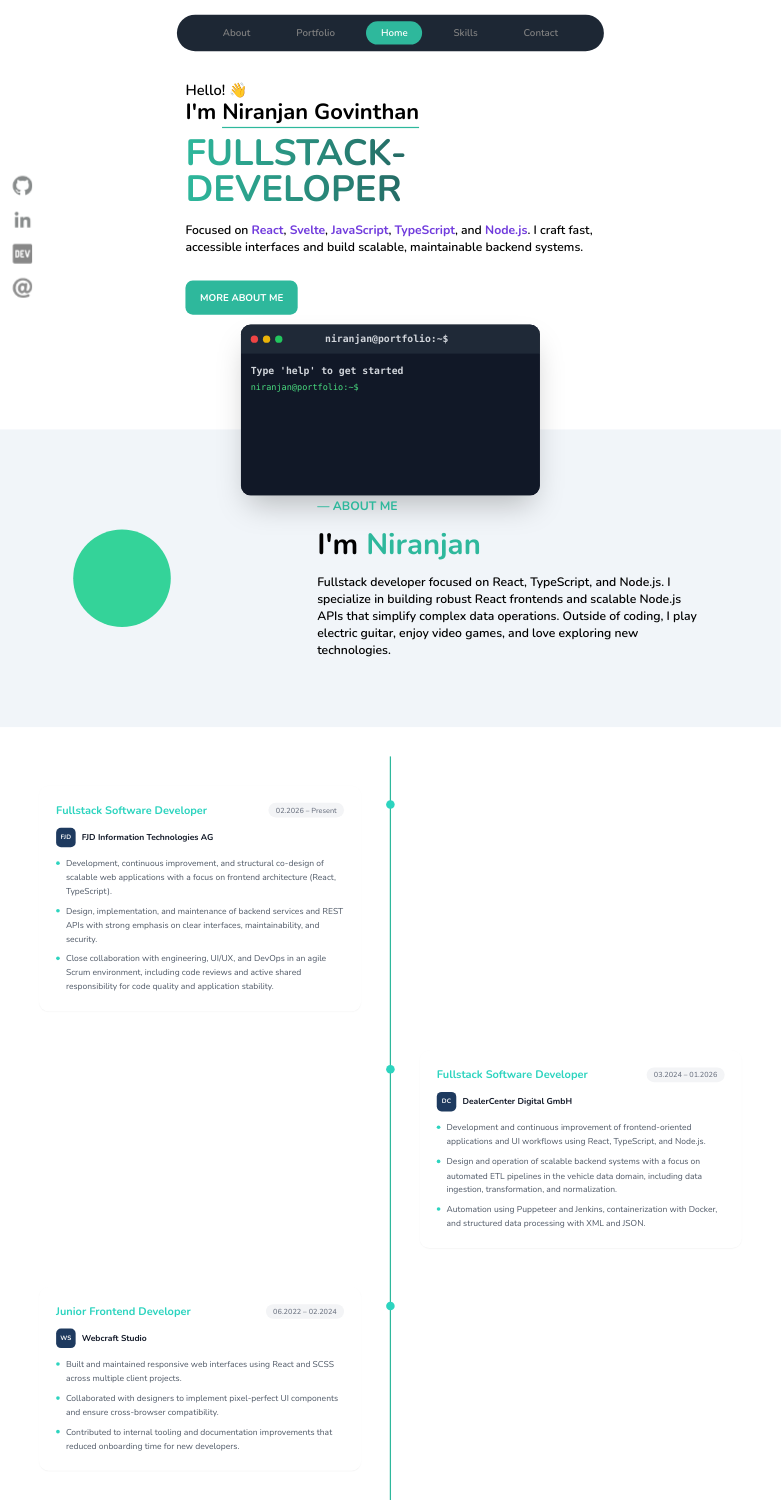
Repository: Niranjan-webdev/My-portfolio
Page: /
These files come from the project's save history. The page is drawn as it stood at one moment and after the next save; the edit follows.
The browser window is 1280 px wide. The pictures show the whole page, at 61% of full size.
The project was rebuilt for these pictures with package versions that can differ from the ones it lists, and the page was loaded fresh each time. Also part of the build but not shown: next.config.mjs.

Above is the page before, as saved 2026-03-21 12:02:30.

After the next save:
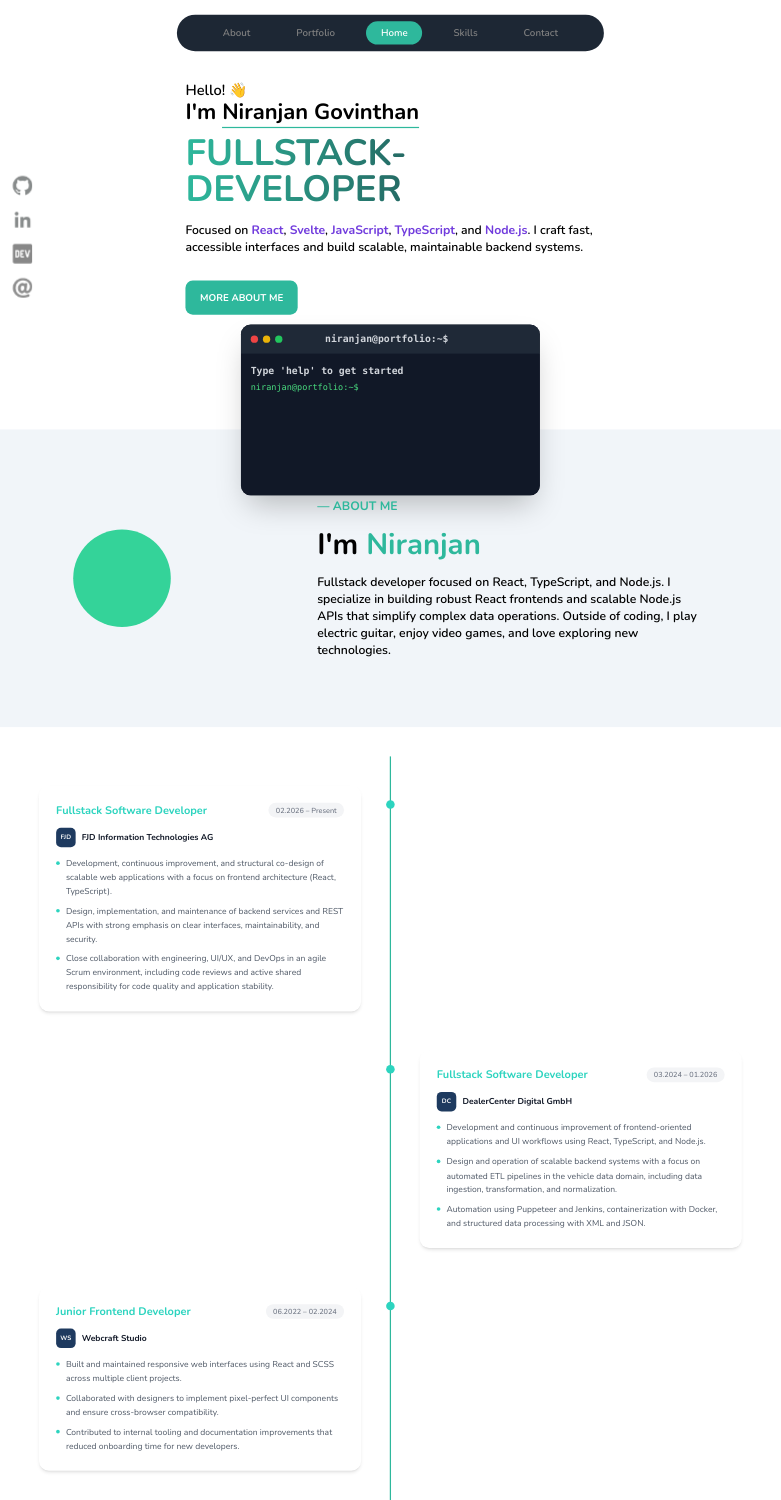
Saved 100 s later.
--- a/src/components/TimelineCard.js
+++ b/src/components/TimelineCard.js
@@ -4,7 +4,7 @@ function TimelineCard({ item }) {
     const isLeft = item.side === 'left';
 
     const Card = (
-      <div className="bg-white rounded-2xl p-7 shadow-sm hover:shadow-md transition-shadow duration-200">
+      <div className="bg-white rounded-2xl p-7 shadow-md hover:shadow-lg transition-shadow duration-200">
         {/* Header: title + date badge */}
         <div className="flex items-start justify-between gap-3 flex-wrap mb-4">
           <h3 className="text-[#2dd4bf] font-bold text-lg leading-snug m-0">
